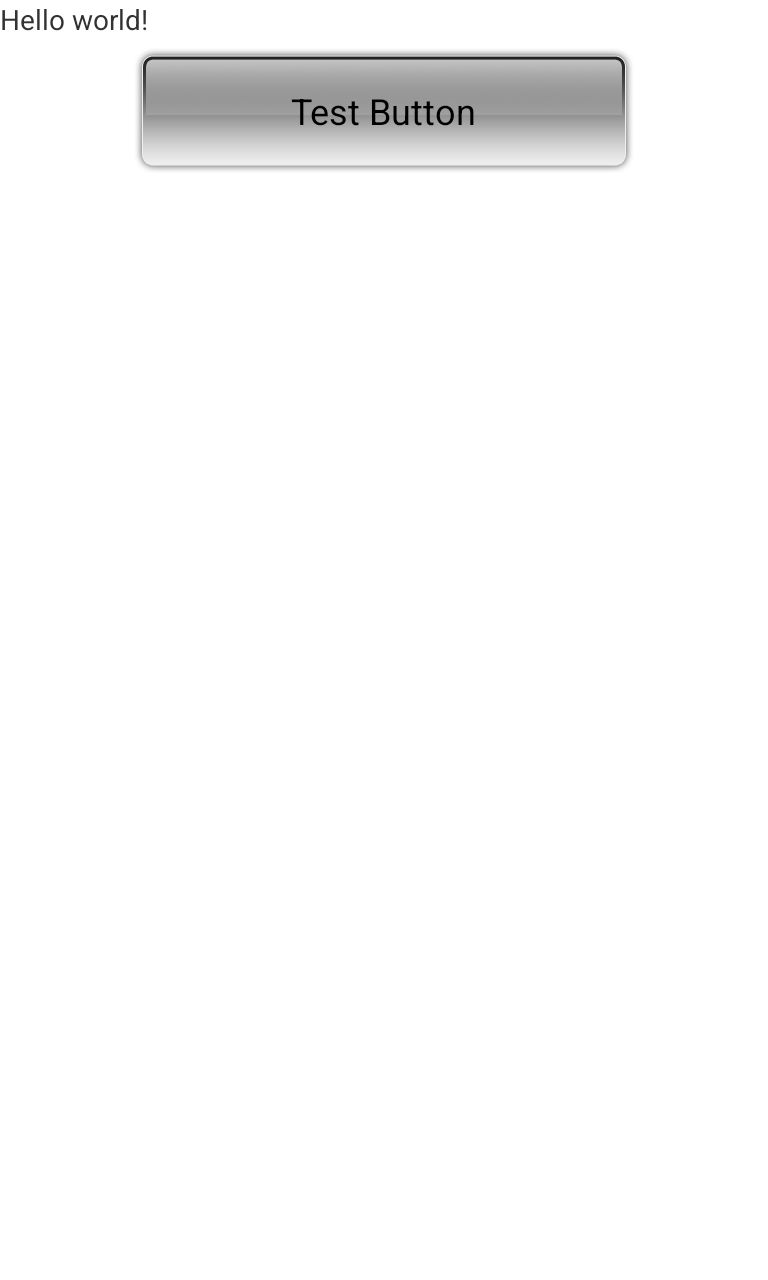
Repository: efreestone/Java2_Freestone
Layout: Java2Project1/res/layout/activity_main.xml
These files come from the project's save history. The layout is drawn as it stood at one moment and after the next save; the edit follows.
It is drawn on a 768 x 1280 px phone screen (xhdpi) without system bars, with theme AppTheme; the app's code is not run. Lists and similar views that code fills are empty.

Above is the layout before, as saved 2014-05-10 22:12:05.

### Java2Project1/res/layout/activity_main.xml
<?xml version="1.0" encoding="utf-8"?>
<LinearLayout xmlns:android="http://schemas.android.com/apk/res/android"
    android:id="@+id/parentView"
    android:layout_width="match_parent"
    android:layout_height="match_parent"
    android:orientation="vertical"
    >

    <TextView
        android:id="@+id/test_textview"
        android:layout_width="wrap_content"
        android:layout_height="wrap_content"
        android:text="@string/hello_world" />

    <Button
        android:id="@+id/newReleaseButton"
        android:layout_width="wrap_content"
        android:layout_height="wrap_content"
        android:layout_gravity="center"
        android:layout_margin="5dp"
        android:background="@drawable/button_background"
        android:clickable="true"
        android:text="Test Button"
        android:width="250dp" />

    <ListView
        android:id="@+id/listView"
        android:layout_width="match_parent"
        android:layout_height="match_parent"
        android:divider="#ffffff"
        android:drawSelectorOnTop="false" />

</LinearLayout>

### Java2Project1/res/values/strings.xml
<?xml version="1.0" encoding="utf-8"?>
<resources>

    <string name="app_name">Java2Project1</string>
    <string name="action_settings">Settings</string>
    <string name="hello_world">Hello world!</string>

    <string name="buttonString">Get New Releases</string>

    <!-- Connection Alert strings -->
    <string name="noConnectionTitle">Connection Error</string>
    <string name="noConnectionAlert">This application requires internet access. Please check your network connection and try again.</string>

</resources>

### Java2Project1/res/drawable-hdpi/button_background.xml
<?xml version="1.0" encoding="utf-8"?>
<selector xmlns:android="http://schemas.android.com/apk/res/android" >
    <!-- Button Image when pressed -->
    <item
        android:drawable="@drawable/gradient_pressed_9patch"
        android:state_pressed="true"/>

    <!-- Button Image -->
    <item
        android:drawable="@drawable/gradient_9patch"/>



</selector>

### Java2Project1/res/drawable-ldpi/button_background.xml
<?xml version="1.0" encoding="utf-8"?>
<selector xmlns:android="http://schemas.android.com/apk/res/android" >
    <!-- Button Image when pressed -->
    <item
        android:drawable="@drawable/gradient_pressed_9patch"
        android:state_pressed="true"/>

    <!-- Button Image -->
    <item
        android:drawable="@drawable/gradient_9patch"/>



</selector>

Loaded but not shown: Java2Project1/res/values/styles.xml (common file); Java2Project1/res/values-v11/styles.xml (common file); Java2Project1/res/values-v14/styles.xml (common file)

After the next save:
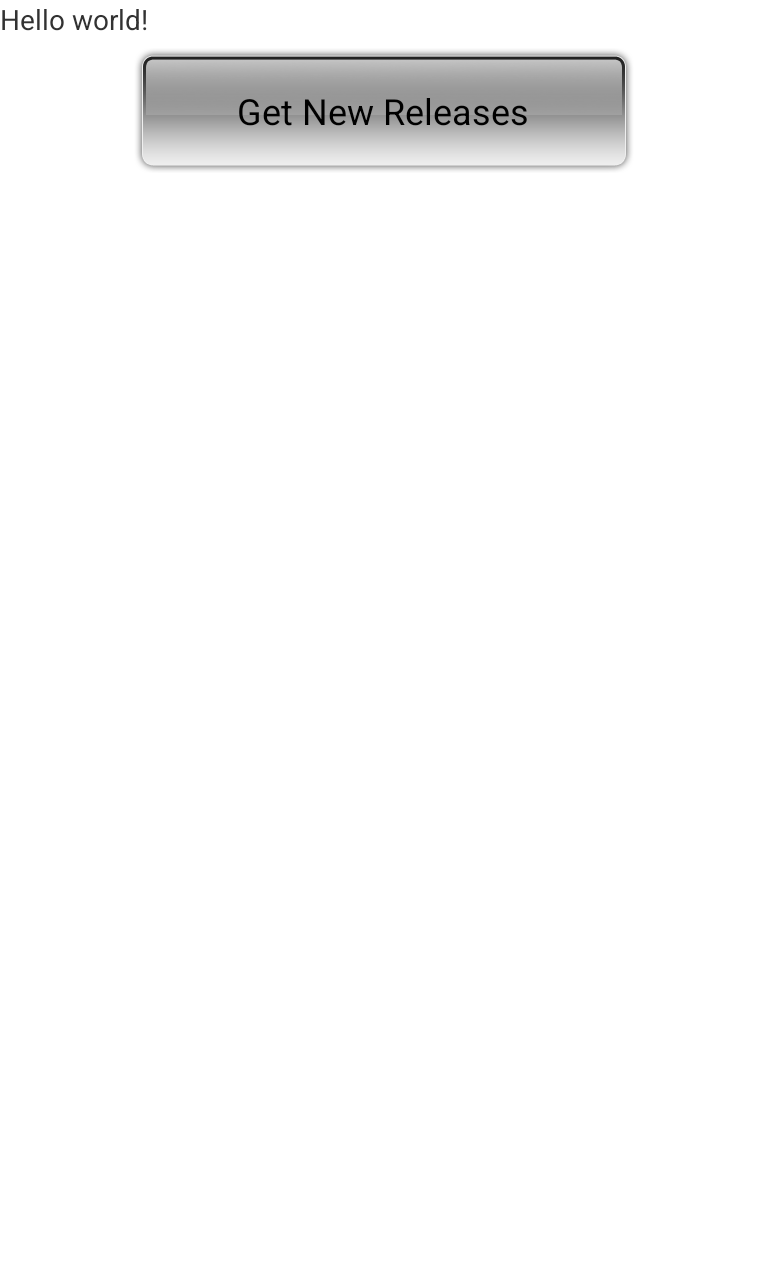
Saved 16 s later.
--- a/Java2Project1/res/layout/activity_main.xml
+++ b/Java2Project1/res/layout/activity_main.xml
@@ -20,7 +20,7 @@
         android:layout_margin="5dp"
         android:background="@drawable/button_background"
         android:clickable="true"
-        android:text="Test Button"
+        android:text="@string/buttonString"
         android:width="250dp" />
 
     <ListView
